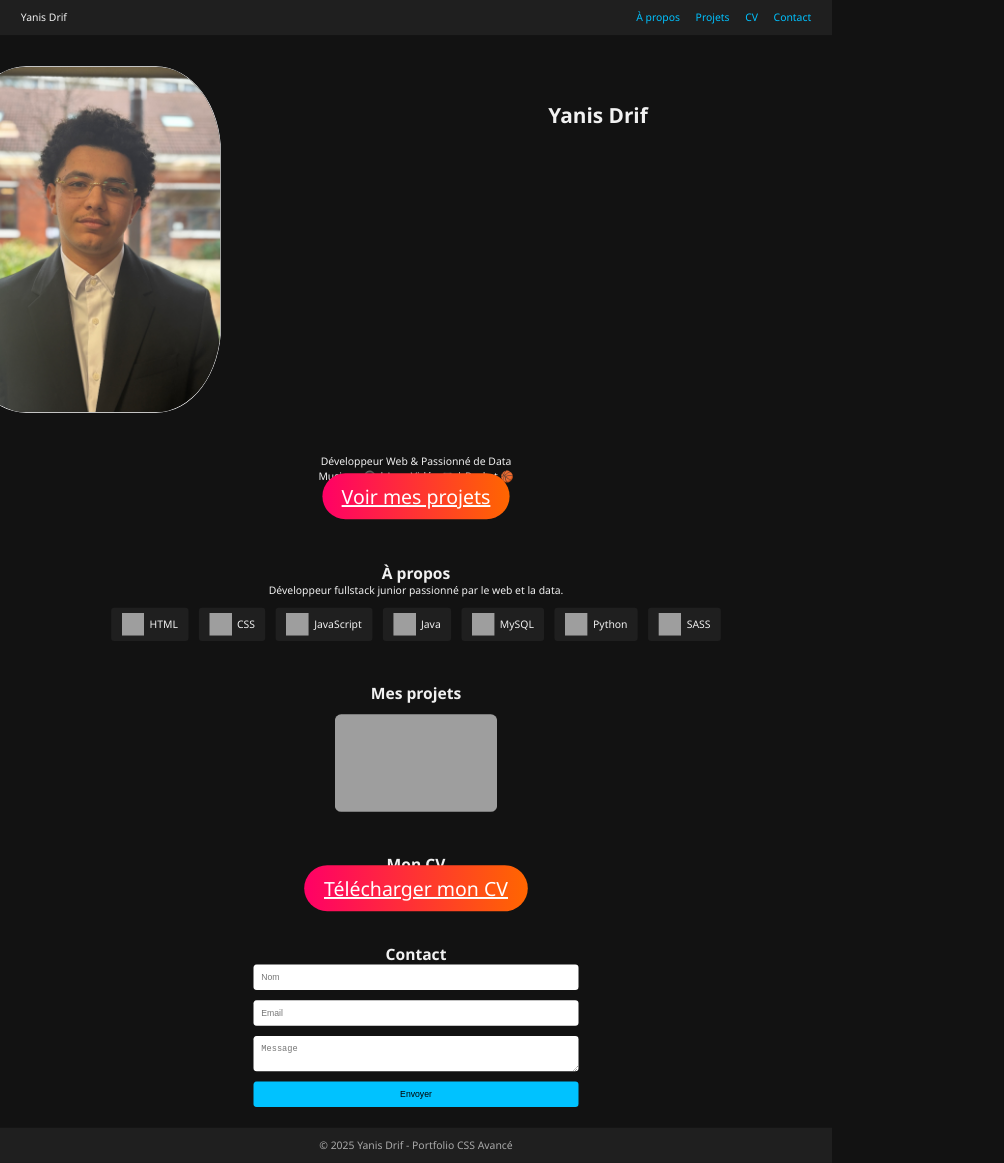
Repository: Yxniiss/ProjetCssAvance
Page: OneDrive/Bureau/Portfolio DrifYanis/home.html
An editor plug-in stored every save of this project. The page is shown before and after the next save, followed by the edit.
The browser window is 1280 px wide. The page is 1544 px wide, so the pictures cover 1544 px, including what lies to the right of the window. The pictures show the whole page, at 65% of full size.
Pictures or frames that could not be fetched are drawn as grey boxes.

Above is the page before, as saved 2025-04-10 10:34:21.
Console error: TypeError: Cannot set properties of null (setting 'textContent')

After the next save:
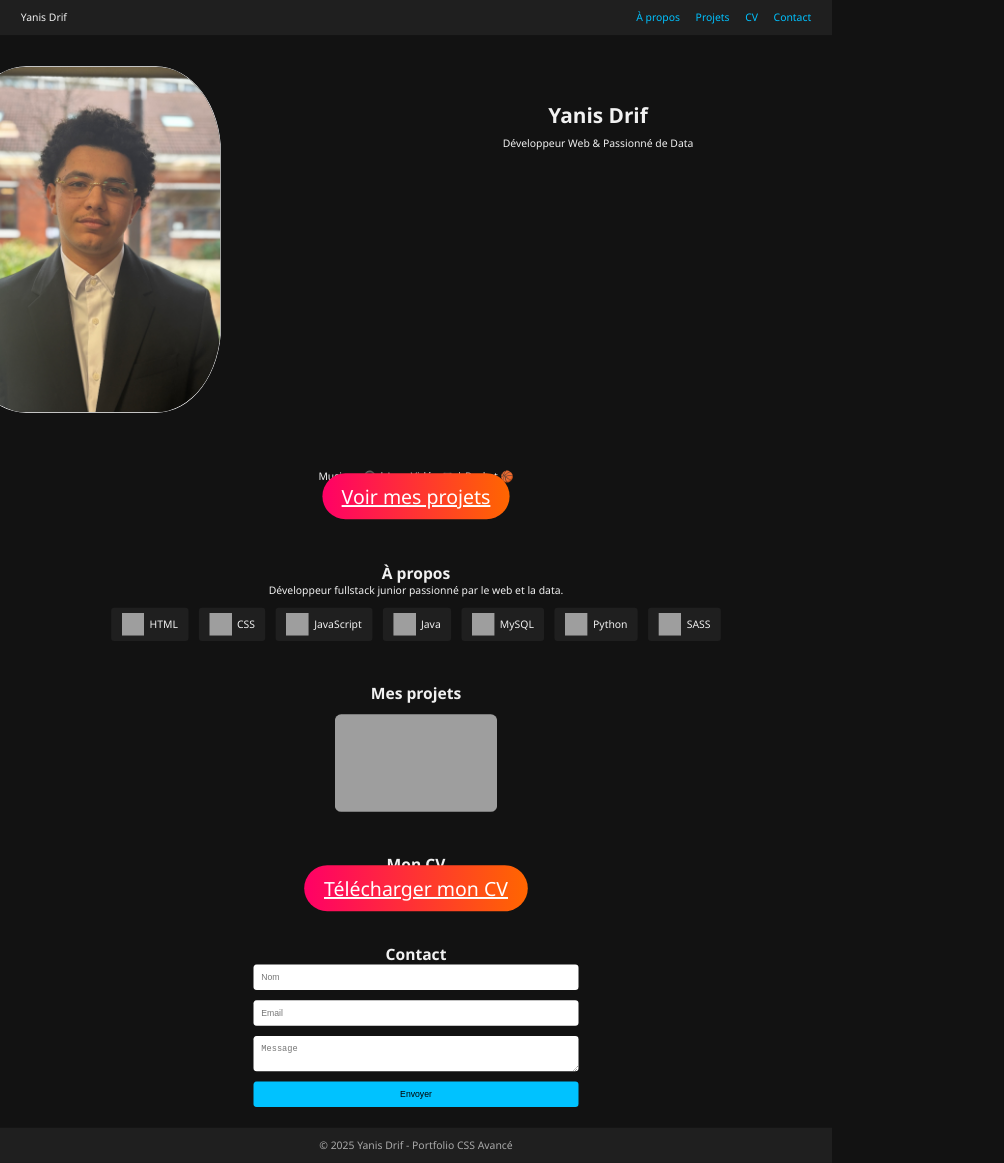
Saved 2 s later.
--- a/OneDrive/Bureau/Portfolio DrifYanis/style.css
+++ b/OneDrive/Bureau/Portfolio DrifYanis/style.css
@@ -43,7 +43,7 @@
 
   .hero__tagline{
     position: relative;
-    left:280px
+    left:280px;
     bottom:490px;
   }
 
